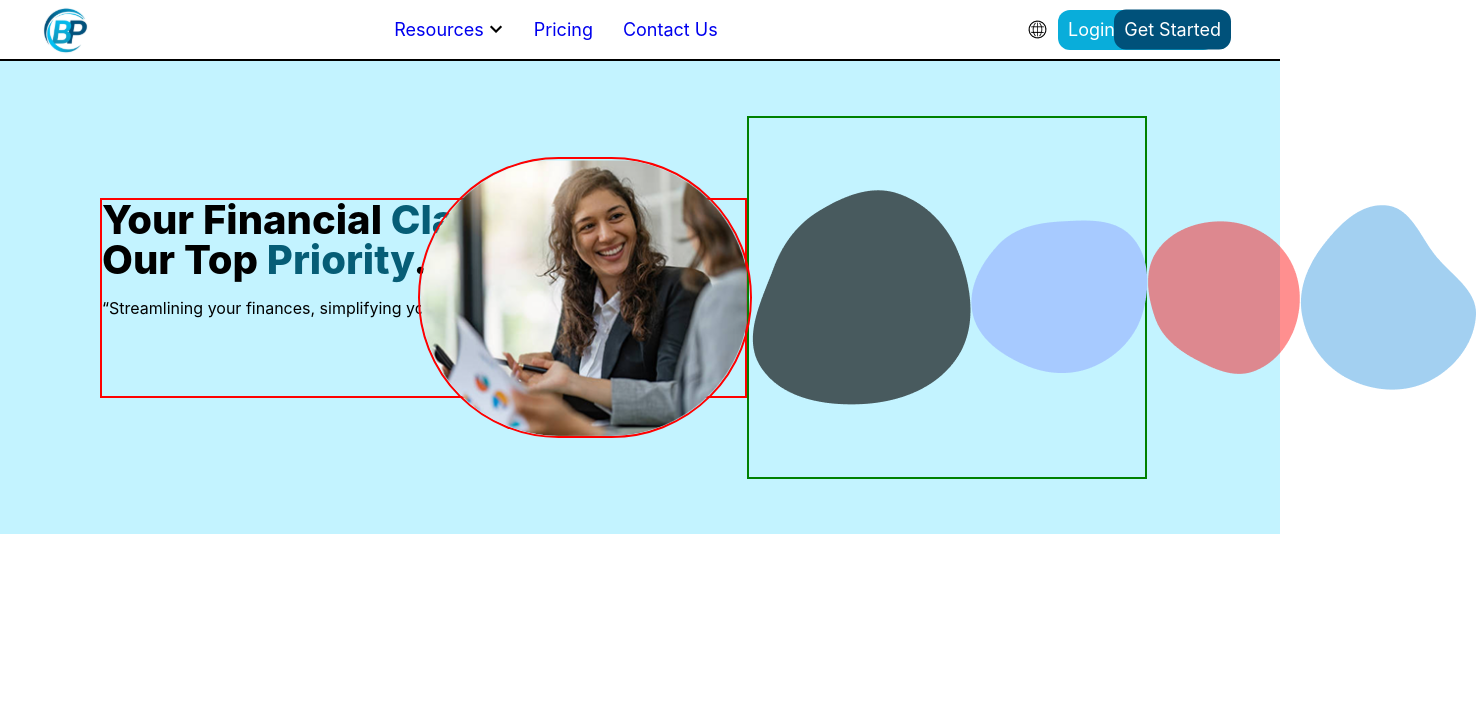
Repository: dark-txch/Bizpadi
Page: /
An editor plug-in stored every save of this project. The page is shown before and after a run of saves, followed by the edit.
The browser window is 1280 px wide. The page is 1476 px wide, then 1280 px, so the pictures cover 1476 px, including what lies to the right of the window. The pictures show the whole page.
The project was rebuilt for these pictures with package versions that can differ from the ones it lists, and the page was loaded fresh each time. Also part of the build but not shown: vite.config.js.

Above is the page before, as saved 2025-04-01 19:15:43.

### index.html
<!DOCTYPE html>
<html lang="en">
	<head>
		<meta charset="UTF-8" />
		<link rel="icon" type="image/svg+xml" href="/public/logo.svg" />
		<meta name="viewport" content="width=device-width, initial-scale=1.0" />
		<title>Bizpadi</title>
	</head>
	<body>
		<div id="root"></div>
		<script type="module" src="/src/main.jsx"></script>
	</body>
</html>

### src/index.css
:root {
	font-family: system-ui, Avenir, Helvetica, Arial, sans-serif;
	line-height: 1.5;
	font-weight: 400;

	color-scheme: light dark;
	color: black;
	background-color: white;

	font-synthesis: none;
	text-rendering: optimizeLegibility;
	-webkit-font-smoothing: antialiased;
	-moz-osx-font-smoothing: grayscale;
}

* {
	box-sizing: border-box;
	padding: 0;
	margin: 0;
	outline: none;
	border: none;
}

body {
	height: 100vh;
	width: 100vw;

	font-family: "inter", sans-serif;
}

a {
	text-decoration: none;
}

### src/App.jsx
import "./App.css";
import Nav from "./components/LandingPage/Nav";
import MidSection from "./components/LandingPage/MidSection";

function App() {
	return (
		<>
			<Nav />
			<MidSection />
		</>
	);
}

export default App;

### src/App.css
/*  LANDING PAGE/Main container */

@font-face {
	font-family: "MyCustomFont";
	src: url("/fonts/Inter/Inter-Italic-VariableFont_opsz,wght.ttf")
			format("truetype"),
		url("/fonts/Inter/Inter-VariableFont_opsz,wght.ttf") format("truetype");
	font-weight: normal;
	font-style: normal;
}

nav.homepage-nav {
	/*  this is the parent container */
	width: 100vw;
	height: 61px;
	display: flex;
	font-size: 18px;
	align-items: center;
	justify-content: space-between;
	border-bottom: 2px solid #000;
	box-shadow: 1px 1px 2px 0px rgba(0, 0, 0, 0.25%);
}

nav.homepage-nav .logo {
	/* this is the first div "LOGO" */
	margin-left: 30px;
	margin-top: 10px;
}

nav.homepage-nav :nth-child(2) a {
	/* this is the middle div */
	width: 309px;
	height: 24px;
	position: relative;
}

.homepage-nav div:nth-child(2) a:nth-of-type(1) {
	margin-right: 50px;
}

.homepage-nav div:nth-child(2) a:nth-of-type(2) {
	margin-right: 30px;
}

nav.homepage-nav :nth-child(2) a > img {
	position: absolute;
}

.homepage-nav div:nth-child(3) {
	/* this is the login and get started container .. the third div*/
	width: 218px;
	height: 40px;
	display: flex;
	justify-content: center;
	align-items: center;
	gap: 10px;
	position: relative;
	color: white;
	border-radius: 12px;
	margin-right: 50px;
}

.homepage-nav div:nth-child(3) a:nth-of-type(1) {
	/* this is the login button */
	background-color: #09adda;
	color: inherit;
	display: inline-block;
	width: 157px;
	padding: 8px;
	height: inherit;
	padding-left: 10px;
	border-radius: inherit;
	display: flex;
	align-items: center;
}

.homepage-nav div:nth-child(3) a:nth-of-type(2) {
	/* this is the signup button */
	background-color: #00517a;
	color: inherit;
	display: inline-block;
	/* width: 110px; */
	padding-left: 10px;
	padding-right: 10px;
	height: inherit;
	border-radius: inherit;
	position: absolute;
	top: -2px;
	right: -10px;
	transform: translate(-9px, 1.5px);
	display: flex;
	align-items: center;
}

/* MIDSECTION */
.midSection {
	background-color: #c3f3ff;
	height: 473px;
	display: flex;
	align-items: center;
}

.landingPageMotto {
	display: inline-block;
	width: 647px;
	height: 200px;
	top: 166px;
	left: 113px;
	/* gap: 19px; */

	margin-left: 100px;

	border: 2px solid red;
}

.landingPageMotto > h1 {
	width: 538px;
	height: 96px;

	font-weight: 800;
	font-size: 40px;
	line-height: 100%;
	text-transform: capitalize;
}

.landingPageMotto > h1 span {
	color: #065d76;
}

.landingPageImages {
	border: 2px solid green;
	width: 399.93px;
	height: 362.9px;
	top: 73.2px;
	left: 729.07px;

	display: flex;
	justify-content: center;
	align-items: center;
}

.landingPageImages > img:nth-of-type(1) {
	width: 334.57px;
	height: 281.66px;
	top: 94.21px;
	left: 751.64px;
	border-radius: 150px;

	z-index: 100;

	border: 2px solid red;
}

### src/components/LandingPage/Nav.jsx
export default function Nav() {
	return (
		// Main Landing container, parent housing the landing page
		<>
			{/* Inside of the main is the nav element */}
			<nav className="homepage-nav">
				<div className="logo">
					<img src="/assets/icons/logo.svg" alt="Bizpadi icon" />
				</div>

				{/* Second div */}
				<div>
					<a href="#">
						Resources
						<img src="/assets/icons/dropdown.png" alt="dropdown icon" />
					</a>
					<a href="#">Pricing</a>
					<a href="#">Contact Us</a>
				</div>

				{/* Third div */}
				<div>
					<img src="/assets/icons/world.png" alt="world" />
					<a href="#">Login</a>
					<a href="#">Get Started</a>
				</div>
			</nav>
		</>
	);
}

### src/components/LandingPage/MidSection.jsx
export default function MidSection() {
	return (
		<section className="midSection">
			<div className="landingPageMotto">
				<h1>
					Your financial <span>clarity</span> is our top <span>priority</span>.
				</h1>
				<p>“Streamlining your finances, simplifying your success”</p>
			</div>

			{/* This is the images section in the mid section */}
			<div className="landingPageImages">
				<img src="/assets/images/smiley.png" alt="smiley" />
				<img src="/assets/images/Vector-black.png" alt="vector-black" />
				<img src="/assets/images/Vector-blue.png" alt="vector-blue" />
				<img src="/assets/images/Vector-orange.png" alt="vector-orange" />
				<img src="/assets/images/Vector.png" alt="vector" />
			</div>
		</section>
	);
}

Loaded but not shown: src/main.jsx (common file)

After the next 3 saves:
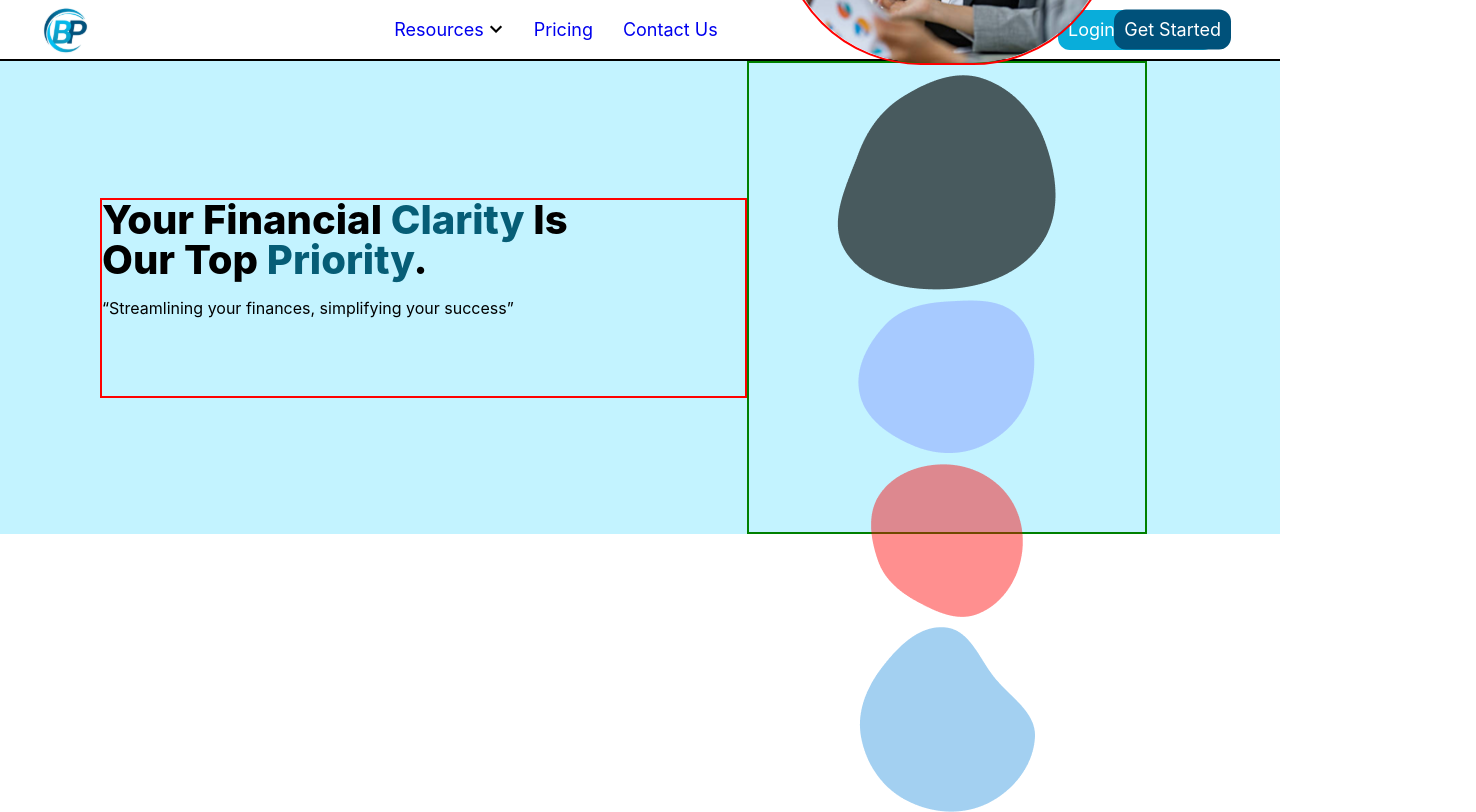
The 3 saves are shown as one change because they came seconds apart.
The last was saved 2 min 50 s later.
--- a/src/App.css
+++ b/src/App.css
@@ -134,9 +134,12 @@ nav.homepage-nav :nth-child(2) a > img {
 	top: 73.2px;
 	left: 729.07px;
 
-	display: flex;
-	justify-content: center;
-	align-items: center;
+	display: flex; /* Enable Flexbox */
+	flex-direction: column; /* Stack items vertically */
+	justify-content: center; /* Optionally center vertically (if you have a height) */
+	align-items: center; /* Optionally center horizontally */
+	gap: 10px; /* Optional: Space between images */
+	height: 100%;
 }
 
 .landingPageImages > img:nth-of-type(1) {
